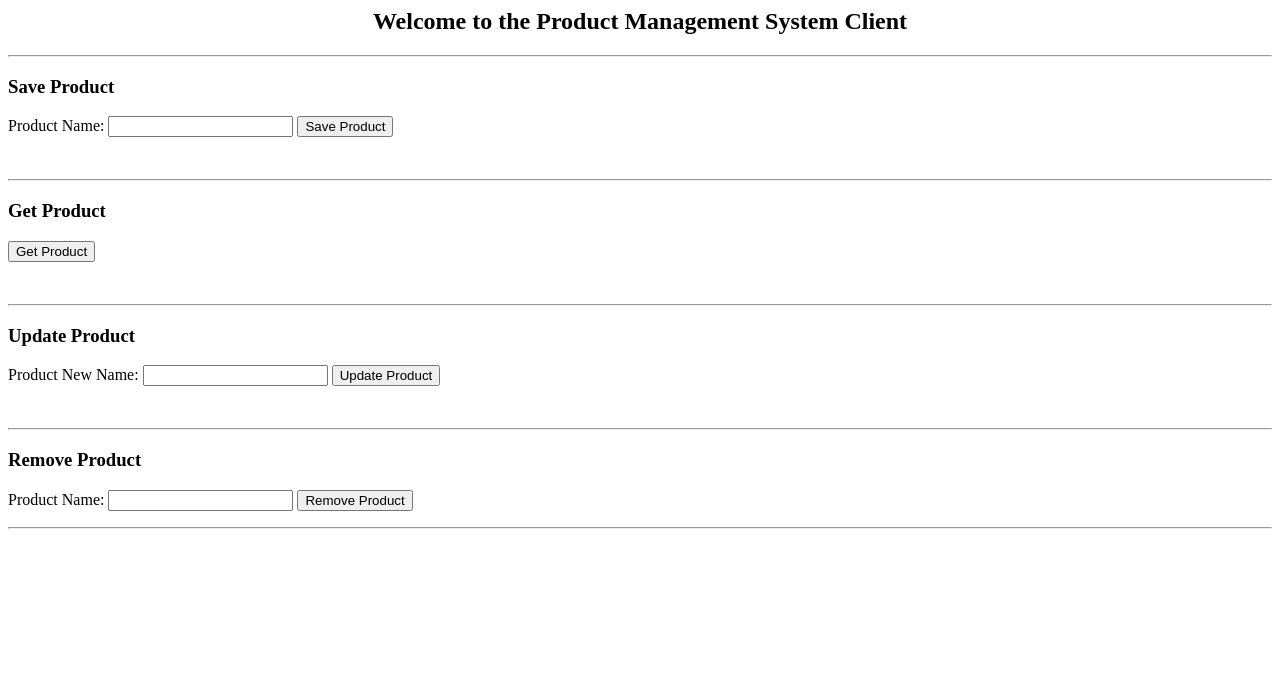
Repository: kanuwana/JavaWorkspace
Page: Product_Management_System_Client/WebContent/index.html
These files come from the project's save history. The page is drawn as it stood at one moment and after the next save; the edit follows.
The browser window is 1280 px wide. The pictures show the whole page.

Above is the page before, as saved 2013-10-27 18:47:34.

After the next save:
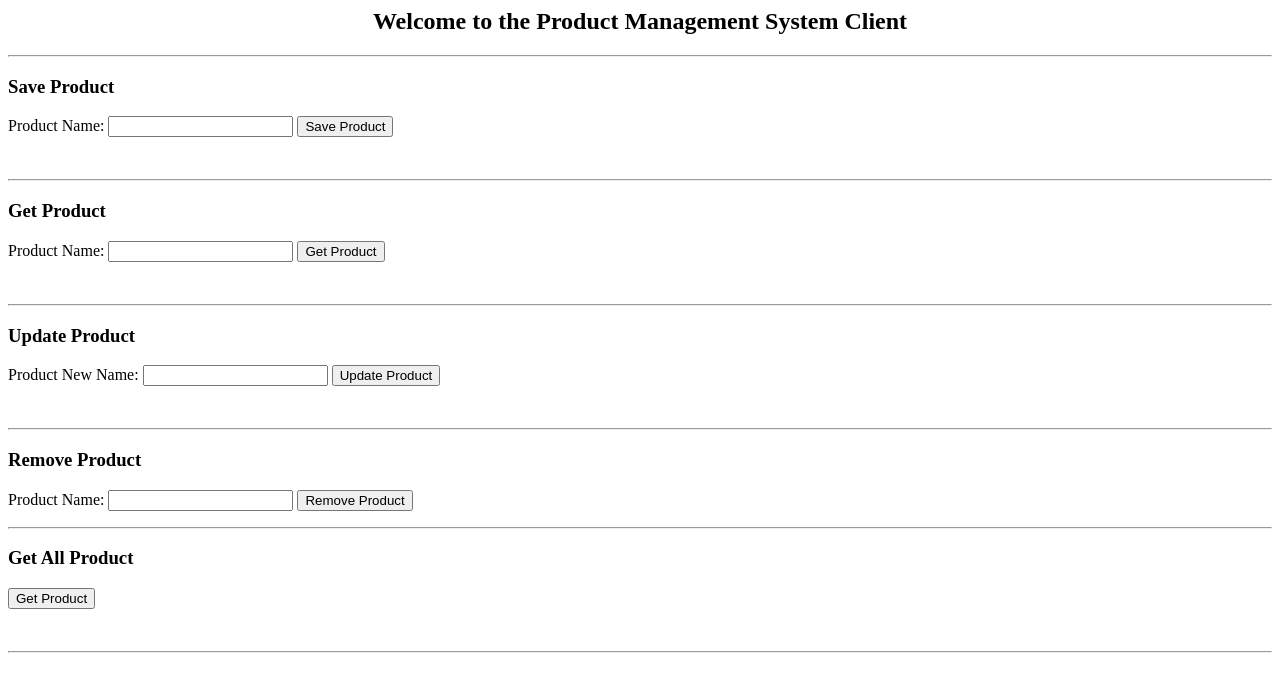
Saved 2 min 12 s later.
--- a/Product_Management_System_Client/WebContent/index.html
+++ b/Product_Management_System_Client/WebContent/index.html
@@ -14,6 +14,7 @@
 
 	<div><h3>Get Product</h3>
 		<form name="getProduct" action="/product/get" method="get">
+		Product Name: <input type="text" name="productName">
 				<input type="submit" value="Get Product">
 		</form>
 	</div><br/><hr/>
@@ -32,6 +33,11 @@
 		</form>
 	</div><hr/>
 
+	<div><h3>Get All Product</h3>
+		<form name="getProduct" action="/product/get" method="get">
+				<input type="submit" value="Get Product">
+		</form>
+	</div><br/><hr/>
 
 </body>
 </html>
